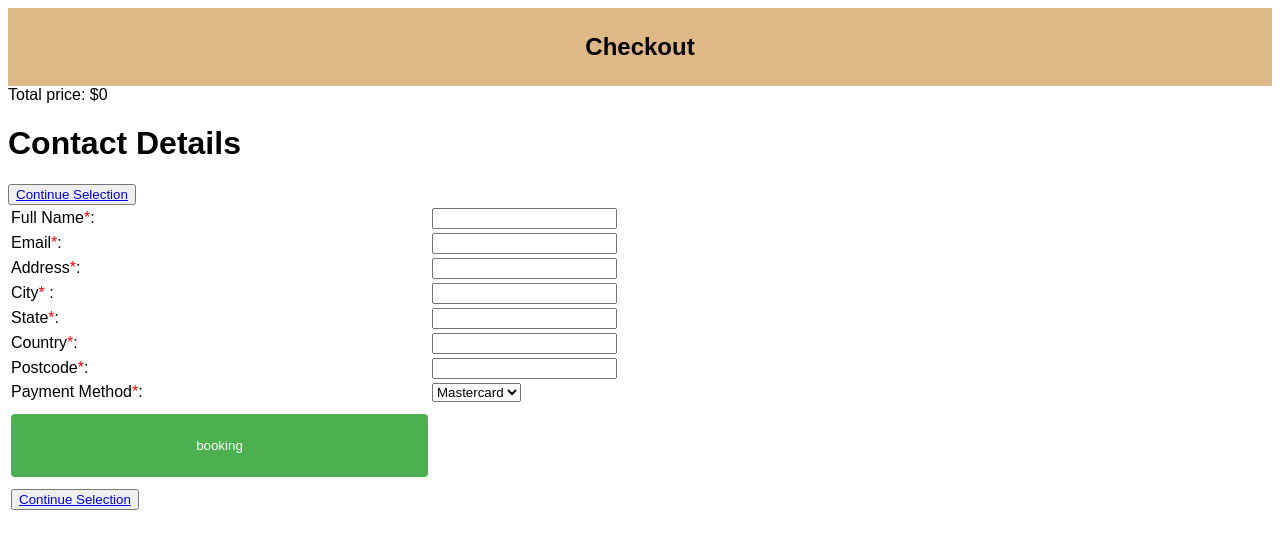
Repository: ThawZin-Raymond/31748-POTI-Car-Rental-System
Page: http://localhost/checkout.php
The author's editor kept a record of every edit. The page is drawn from the files as they stood at one moment, then again after the next edit.
The browser window is 1280 px wide. The pictures show the whole page.
The page is run by PHP 8.4 with error messages shown; the project is at /var/www/html/.

Above is the page before.

### checkout.php
<?php
session_start();
$_SESSION["totalprice"]=0;
$i=0;
if (isset($_POST["quantity"])){
 while($i<$_SESSION["count"]){

    $price=$_SESSION["price"][$i];

    $days=$_POST["days".$i];
    $_SESSION["totalprice"]+=$price * $days;
    $_SESSION["days"][$i] = $days;
    $i+=1;
   }
}
    echo "<div class='header'><h2 align='center'>Checkout</h2></div>";

    echo "Total price: $".$_SESSION["totalprice"];

?>


<!DOCTYPE html>
<html>
    <head>
        <script src="my.js"></script>
        <link rel = "stylesheet" href = "mystyle.css">
    </head>
    <body>
            <table width = "80%">

                <form method = "POST" action="thanks.php" onsubmit = "return validate_Contact()">
                    <h1> Contact Details</h1>
                    <tr>
                        <td>Full Name<span style="color:red">*</span>: </td>
                        <td><input type="text" name="Namevalue" id="namevalue" size="20"></td>
                    </tr>
                    <tr>
                        <td>Email<span style="color:red">*</span>: </td>
                        <td><input type="text" name="Emailvalue" id="emailvalue" size="20"></td>
                    </tr>
                    <tr>
                        <td>Address<span style="color:red">*</span>: </td>
                        <td><input type="text" name="Addressvalue" id="addressvalue" size="20"></td>
                    </tr>

                    <tr>
                        <td>City<span style="color:red">*</span> :</td>
                        <td><input type="text" name="City" id="city" size="20"></td>
                    </tr>
                    <tr>
                        <td>State<span style="color:red">*</span>: </td>
                        <td><input type="text" name="State" id="state" size="20"></td>
                    </tr>
                    <tr>
                        <td>Country<span style="color:red">*</span>: </td>
                        <td><input type="text" name="Country" id="country" size="20"></td>
                    </tr>
                    <tr>
                        <td>Postcode<span style="color:red">*</span>: </td>
                        <td><input type="text" name="post" id="post" size="20"></td>
                    </tr>
                    <tr>
                        <td>Payment Method<span style="color:red">*</span>:</td>
                        <td><select name="dowpdown">
	                        <option value="1">Mastercard</option>
	                        <option value="2">Creditcard</option>
	                       </select></td>
                    </tr>

                   <tr>
                       <td><p> <input type="submit" id="book" value="booking"></p></td>
                   </tr>
                   <tr>
                       <td><button type="button"><a href="index.php">Continue Selection</a></button> </td>
                   </tr>

                     <button type="button"><a href="index.php">Continue Selection</a></button>

                </form>
            </table>
    </body>
</html>

### my.js
//index.php
function ValidateAvailability(){

		var valid= document.getElementById("ava[0]").value;

		if (valid == "true"){
			alert("Successfully added to cart");
	    return true;
		}else if(valid =="false"){
			alert("Sorry,this car is unavailable now, Please try other cars.");
		return false;}

}

function ValidateAvailability1(){

		var valid1= document.getElementById("ava[1]").value;

	    if (valid1 == "true"){
			alert("Successfully added to cart");
	    return true;
		}else if(valid1 =="false"){
			alert("Sorry,this car is unavailable now, Please try other cars.");
		return false;}
}

function ValidateAvailability2(){

		var valid2= document.getElementById("ava[2]").value;

	    if (valid2 == "true"){
			alert("Successfully added to cart");
	    return true;
		}else if(valid2 =="false"){
			alert("Sorry,this car is unavailable now, Please try other cars.");
		return false;}
}

function ValidateAvailability3(){

		var valid3= document.getElementById("ava[3]").value;

	    if (valid3 == "true"){
			alert("Successfully added to cart");
	    return true;
		}else if(valid3 =="false"){
			alert("Sorry,this car is unavailable now, Please try other cars.");
		return false;}
}

function ValidateAvailability4(){

		var valid4= document.getElementById("ava[4]").value;

	    if (valid4 == "true"){
			alert("Successfully added to cart");
	    return true;
		}else if(valid4 =="false"){
			alert("Sorry,this car is unavailable now, Please try other cars.");
		return false;}

}

function ValidateAvailability5(){

		var valid5= document.getElementById("ava[5]").value;

	    if (valid5 == "true"){
			alert("Successfully added to cart");
	    return true;
		}else if(valid5 =="false"){
			alert("Sorry,this car is unavailable now, Please try other cars.");
		return false;}
}
function ValidateAvailability6(){

		var valid6= document.getElementById("ava[6]").value;

	    if (valid6 == "true"){
			alert("Successfully added to cart");
	    return true;
		}else if(valid6 =="false"){
			alert("Sorry,this car is unavailable now, Please try other cars.");
		return false;}
}

function ValidateAvailability7(){

		var valid7= document.getElementById("ava[7]").value;

	    if (valid7 == "true"){
			alert("Successfully added to cart");
	    return true;
		}else if(valid7 =="false"){
			alert("Sorry,this car is unavailable now, Please try other cars.");
		return false;}
}

function ValidateAvailability8(){

		var valid8= document.getElementById("ava[8]").value;

	    if (valid8 == "true"){
			alert("Successfully added to cart");
	    return true;
		}else if(valid8 =="false"){
			alert("Sorry,this car is unavailable now, Please try other cars.");
		return false;}
}

function ValidateAvailability9(){

		var valid9= document.getElementById("ava[9]").value;

	    if (valid9 == "true"){
			alert("Successfully added to cart");
	    return true;
		}else if(valid9 =="false"){
			alert("Sorry,this car is unavailable now, Please try other cars.");
		return false;}
}

//cart.php


function ValidationCart(){
	var text="Days";
	var quantity = document.getElementById("quantity").value;
	var count=document.getElementById("count").value;
	if (quantity == 0){
		alert("You have not been selected any cars in the list.");
		return true;
	}
	for (var a=0; a<=count; a++){
		var days = document.getElementById(text+a).value;
		if (days <= 0){
			alert("Please put the rental period of days for the car.");
			return false;
		}
	}
	return true;

}

//checkout.php

function validationContact(){
	var name = document.getElementById("name").value;
	var email = document.getElementById("email").value;
	var address=document.getElementById("address").value;
	var city=document.getElementById("city").value;
	var state=document.getElementById("state").value;
	var country=document.getElementById("country").value;
	var post=document.getElementById("post").value;
	var email_regExp = RegExp(/^\w+([\.-]?\w+)*@\w+([\.-]?\w+)*(\.\w{2,3})+$/);


if( name ==""){
	alert("Please complete your name");
	return false;
}
if (email_regExp.exec(email)==null || email_regExp.exec(email) == ""){
    alert("Please check your email or complete it");
	return false;
 }

if (address ==""){
	alert("Please complete your address");
	return false;
}
if (city ==""){
	alert("Please complete your City");
	return false;
}
if (state ==""){
	alert("Please complete your State");
	return false;
}
if (country ==""){
	alert("Please complete your Country");
	return false;
}
if(post==""){
     alert("Please complete your PostCode");
     return false;
}
return true;

}

### mystyle.css

.top_bar {
    background-color:white;
    padding:10px;
    margin:20px auto -22px auto;
}
body {
    font-family: Arial, Helvetica, sans-serif;
}

.header {
    padding: 5px;
    background: BurlyWood;
}
.header h1 {
    font-size: 40px;
}
.top_right {
    float:right;
}
.main_body {
    padding: 10px;
}
.img {
    width:70%;
    height:30%;
    display: block;
    margin-left: auto;
    margin-right: auto;
}

.image_details {
    background-color: white;
    width:100px;

}




.addtocart_td {
    background-color: cyan;
    width:100px;

}
input[type=submit] {
    width: 100%;
    background-color: #4CAF50;
    color: white;
    padding: 24px 24px;
    margin: 8px 0;
    border: none;
    border-radius: 4px;
    cursor: pointer;
}
input[type=submit]:hover {
  background-color: #45a049;

}

.button {
     background-color: #4CAF50;
     color: white;
     padding: 20px;
     width:99%;
     margin: 8px 0;

     border-radius: 4px;
     text-align: center;
     text-decoration: none;
     display: inline-block;

}


.button:hover {
  background-color: #45a049;

}


h3 {
    text-align: center;
}

.cart_table {
    width:70%;
}
.cart_img{
    width:10%;
    height:5%;
    display: block;
    margin-left: auto;
    margin-right: auto;
}

After the next edit:
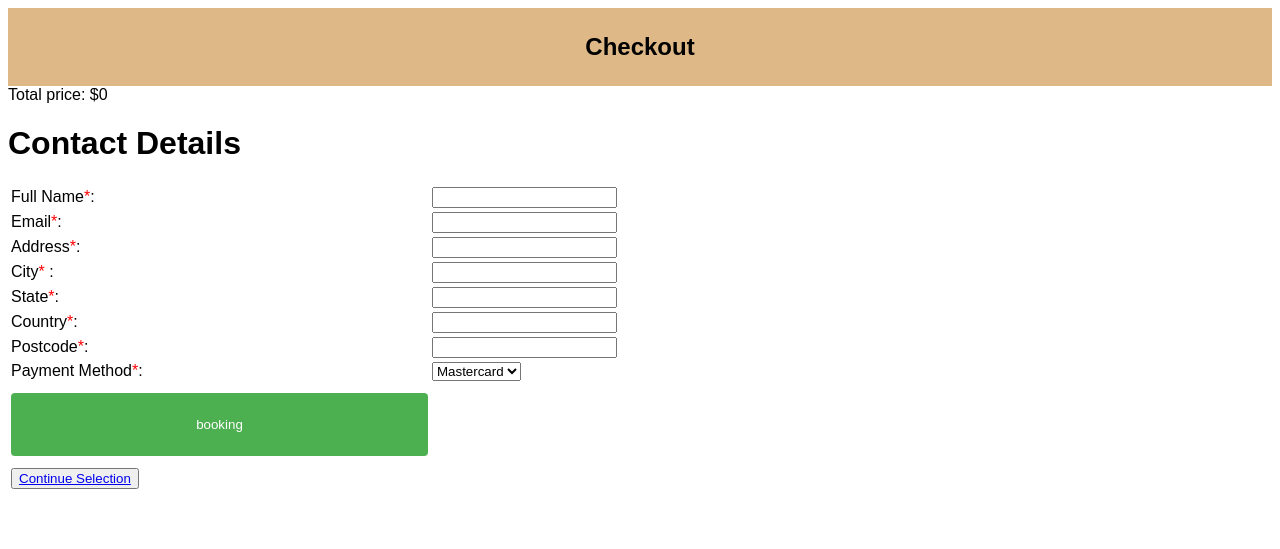
The edit:
--- a/checkout.php
+++ b/checkout.php
@@ -75,7 +75,7 @@
                        <td><button type="button"><a href="index.php">Continue Selection</a></button> </td>
                    </tr>
 
-                     <button type="button"><a href="index.php">Continue Selection</a></button>
+
 
                 </form>
             </table>
